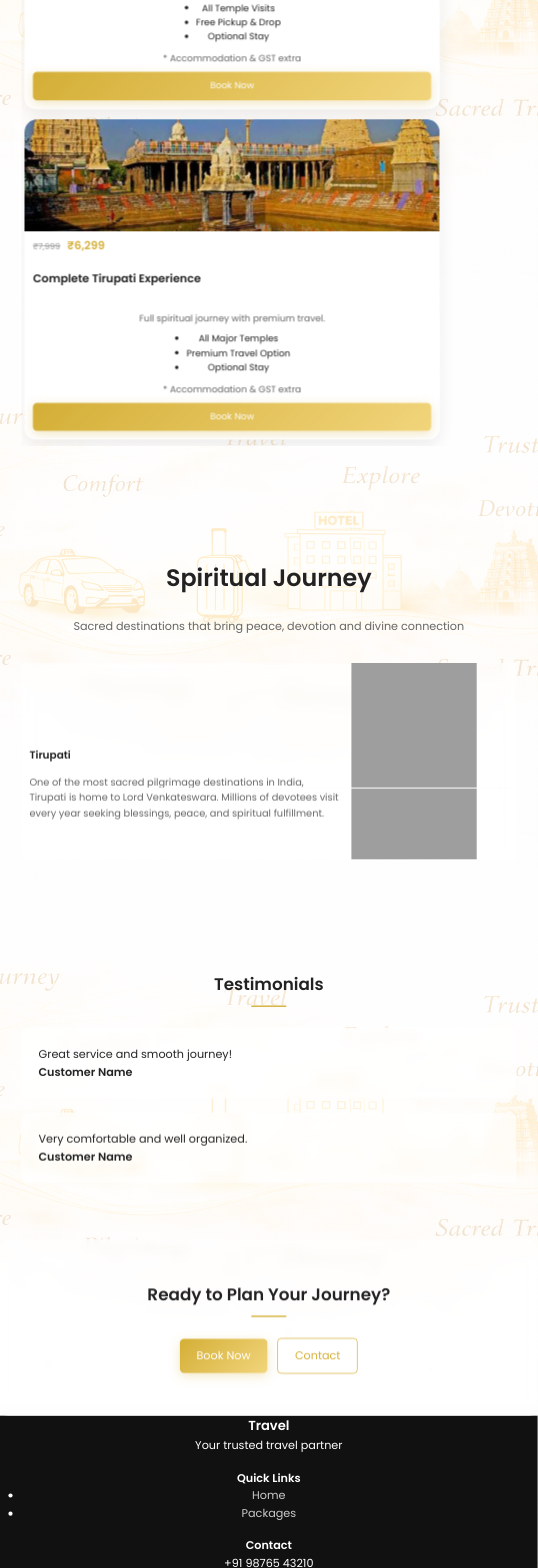
Repository: heytirupati/Bookingweb
Page: index.html
An editor plug-in stored every save of this project. The page is shown before and after the next save, followed by the edit.
The browser window is 768 px wide. The pictures show the part of the page from y = 2809 to 5049 px (the page is 5080 px tall), at 70% of full size.
Pictures or frames that could not be fetched are drawn as grey boxes. Backgrounds fixed to the window are drawn as part of the page.

Above is the page before, as saved 2026-03-28 12:49:11.

After the next save:
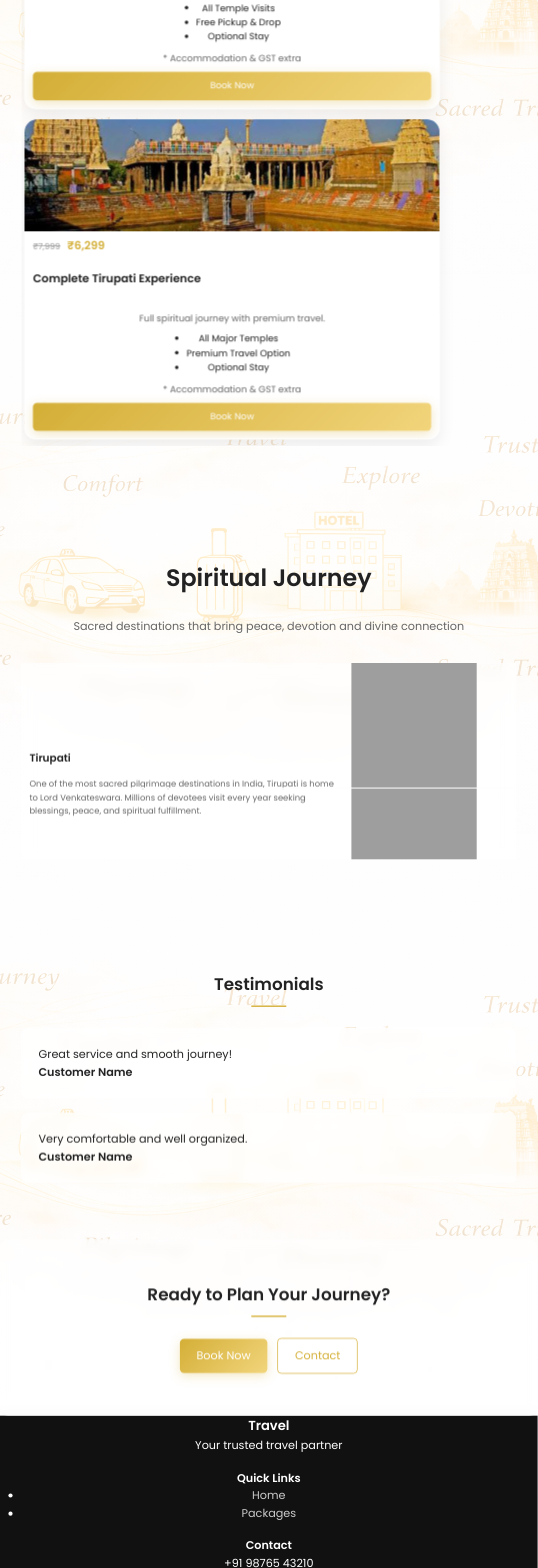
Saved 8 s later.
--- a/css/style.css
+++ b/css/style.css
@@ -1029,7 +1029,7 @@ service-card {
 }
 
 .spiritual-content p {
-    font-size: 14px;
+    font-size: 12px;
     color: var(--text-light);
 }
 
